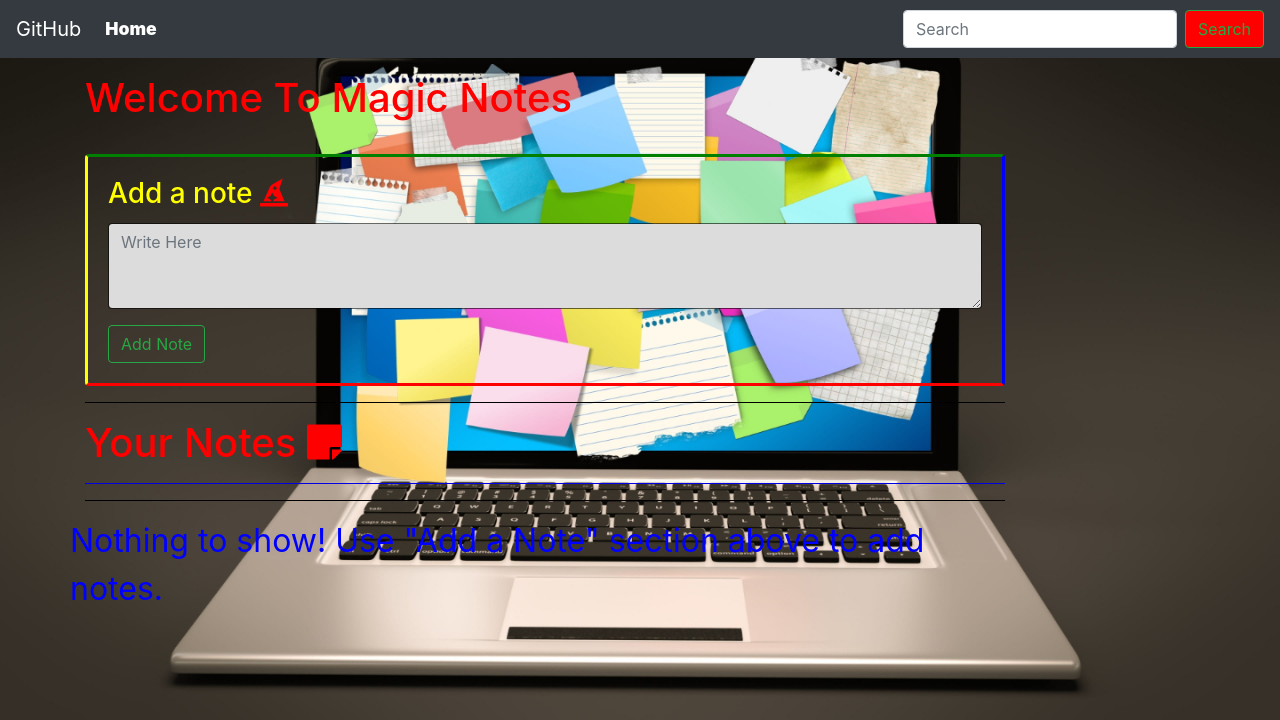
Repository: Prrajainn/Project-MagiCNotes
Page: magicNotes.html
These files come from the project's save history. The page is drawn as it stood at one moment and after a run of saves; the edit follows.
The browser window is 1280 px wide. The pictures show the whole page.

Above is the page before, as saved 2020-08-11 21:35:39.

After the next 4 saves:
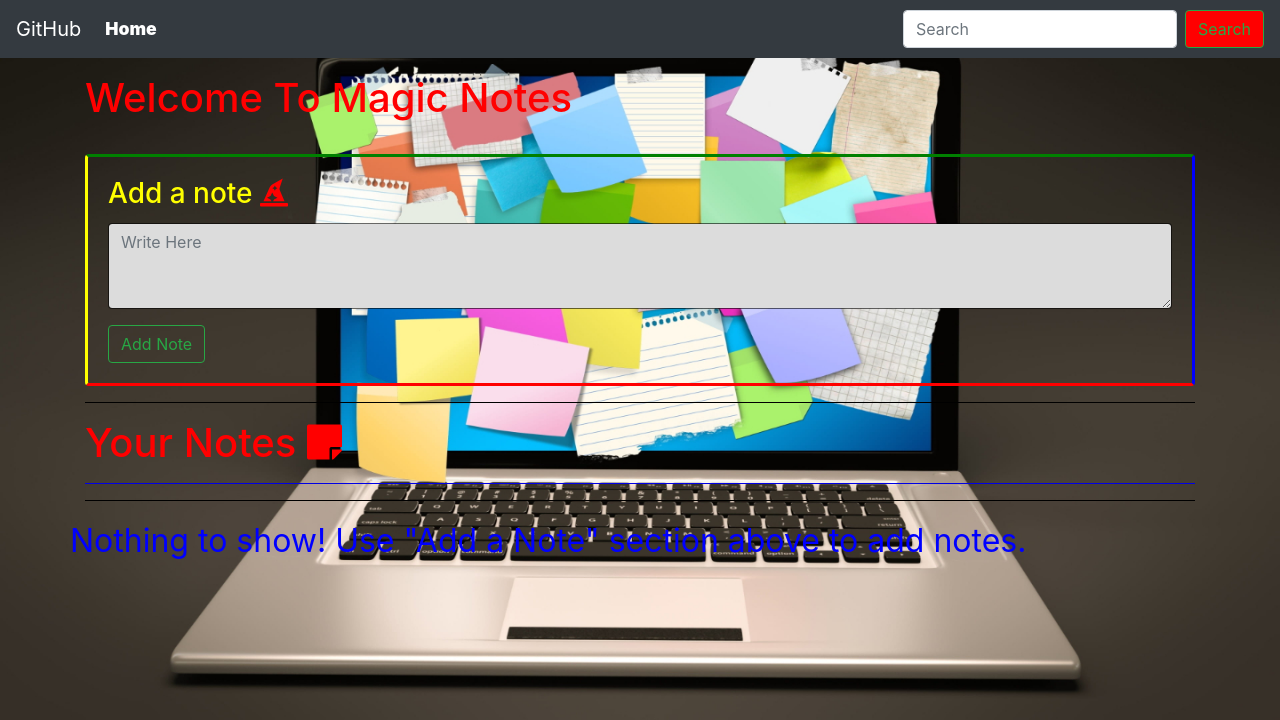
The 4 saves are shown as one change because they came seconds apart.
The last was saved 71 s later.
--- a/magicNotes.html
+++ b/magicNotes.html
@@ -52,7 +52,7 @@
   </nav>
   <div class="container my-3">
     <div class="row">
-      <div class="col-10">
+      <div class="col-12">
         <h1 style="color: red">Welcome To Magic Notes</h1>
         <br>
         <div style="border: solid ; background-color: transparent ; border-color:green blue red yellow " class="card">
